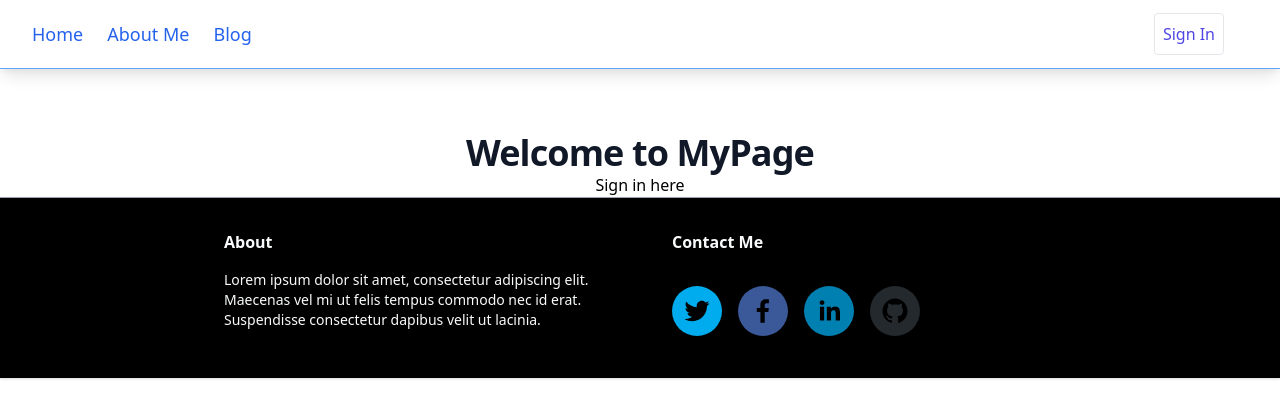
Repository: rushilramesh/portfolio-page
Page: /
An editor plug-in stored every save of this project. The page is shown before and after the next save, followed by the edit.
The browser window is 1280 px wide. The pictures show the whole page.
The project was rebuilt for these pictures with package versions that can differ from the ones it lists, and the page was loaded fresh each time. The framework's server and built-in components were replaced by stand-ins that run in the browser. Also part of the build but not shown: next.config.js.

Above is the page before, as saved 2021-05-21 02:43:14.

### pages/_app.tsx
import '../styles/globals.css'


function MyApp({ Component, pageProps }) {
  let loggedIn: boolean = false;

  return (

    <Component {...pageProps} />

  )

}

export default MyApp

### pages/index.tsx
import Head from 'next/head'
import Image from 'next/image'
import Link from 'next/link'
import Layout from '../components/Layout'
import utilStyles from '../styles/utils.module.css'

export default function Home() {
  return (
    <Layout>
      <Head>
        <title>Personal Portfolio</title>
      </Head>
      <div className="container mx-auto mt-16 text-center bg-white border-gray-100" >

        <h1 className="text-4xl tracking-tight font-extrabold text-gray-900">Welcome to MyPage</h1>
        <Link href='/login'>
          <a className="mt-4">Sign in here</a>
        </Link>
      </div>
    </Layout>

  )
}

### components/Layout.tsx
import Nav from './Nav'
import Footer from './Footer'
import utilStyles from '../styles/utils.module.css'
import Link from 'next/link'
import { SocialIcon } from 'react-social-icons';

const Layout = ({children, loggedIn} : {children: React.ReactNode, loggedIn?: boolean}) => {
    return (
        <div className="flex flex-col width-screen h-screen">
        <Nav />
        <div className="container mx-auto text-center">
            <main>{children}</main>
        </div>
        <footer className="bg-black border-t border-gray-400 shadow mb-16 text-gray-50 h-100" >
            <div className="container max-w-4xl mx-auto flex py-8 space-y-4ß">
                <div className="flex w-full md:w-1/2 ">
                    <div className="px-8">
                        <h3 className="font-bold text-gray-50">About</h3>
                        <p className="py-4 text-gray-50 text-sm">
                            Lorem ipsum dolor sit amet, consectetur adipiscing elit. Maecenas vel mi ut felis tempus commodo nec id erat. Suspendisse consectetur dapibus velit ut lacinia.
                        </p>
                    </div>
				</div>

                <div className="flex w-full md:w-1/2 ">
					<div className="px-8">
						<h3 className="font-bold text-gray-50">Contact Me</h3>
						<div className="container justify-center inline-flex mt-8 space-x-4">
                            <a href='https://twitter.com/?lang=en'><SocialIcon network="twitter" /></a>
                            <a href='https://www.facebook.com/'><SocialIcon network="facebook" /></a>
                            <a href='https://www.linkedin.com/in/rushil-ramesh-2a8404209/'><SocialIcon network="linkedin" /></a>
                            <a href='https://github.com/rushilramesh'><SocialIcon network="github" /></a>
                        </div>
					</div>
				</div>
            </div>
        </footer>
        </div>
    )
}

export default Layout;

### components/Nav.tsx
/* This example requires Tailwind CSS v2.0+ */
import Link from 'next/link'

const navs = [
   {name: 'Home', href: '/'},
   {name: 'About Me', href: './about'},
   {name: 'Blog', href: './blog'}
]


export default function Nav({loggedIn} : {loggedIn?: boolean}) {

  return (
    <nav id="header" className="w-full z-30 top-10 py-1 bg-white shadow-lg border-b border-blue-400 mt-15">
      <div className="w-full flex items-center justify-between mt-0 px-6 py-2">
       <label  className="cursor-pointer md:hidden block">
          <svg className="fill-current text-blue-600" xmlns="http://www.w3.org/2000/svg" width="20" height="20" viewBox="0 0 20 20">
             <title>menu</title>
             <path d="M0 3h20v2H0V3zm0 6h20v2H0V9zm0 6h20v2H0v-2z"></path>
          </svg>
       </label>
       <input className="hidden" type="checkbox" id="menu-toggle"/>

       <div className="hidden md:flex md:items-center md:w-auto w-full order-3 md:order-1" id="menu">
          <nav>
             <ul className="md:flex items-center justify-between text-base text-blue-600 pt-4 md:pt-0">
                {navs.map((item) => (
                <li key={item.name} >
                  <Link href={item.href}>
                     <a className="inline-block no-underline hover:text-black font-medium text-lg py-2 px-4 lg:-ml-2" >{item.name}</a>
                  </Link>
                </li>))}
             </ul>
          </nav>
       </div>

       <div className="order-2 md:order-3 flex flex-wrap items-center justify-end mr-0 md:mr-4" id="nav-content">
          <div className="auth flex items-center w-full md:w-full">
             <button className="bg-white text-indigo-600  p-2 rounded border mr-4 hover:bg-gray-100 hover:text-indigo-700">
               { !loggedIn ? (
                  <Link href="./login">
                     <a>Sign In</a>
                  </Link>) : (
                     <Link href="/">
                        <a>Sign Out</a>
                     </Link>
                  )
               }
             </button>
          </div>
       </div>
      </div>
    </nav>
  )
}

### tailwind.config.js
module.exports = {

  purge: ['./pages/**/*.{js,ts,jsx,tsx}', './components/**/*.{js,ts,jsx,tsx}'],
  darkMode: false, // or 'media' or 'class'
  theme: {
    extend: {
      backgroundImage: theme => ({
        'main-background': "url('/images/background-photo.jpeg')",
      })
    },
  },
  variants: {
    extend: {
      justifyItems: ['hover', 'focus'],
    },
  },
  plugins: [],
}

Loaded but not shown: styles/globals.css (common file)

After the next save:
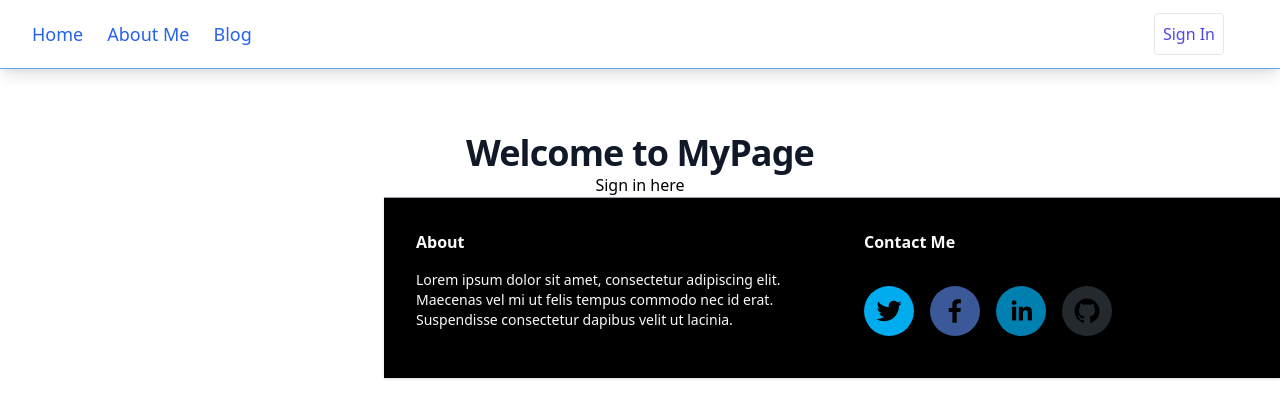
Saved 103 s later.
--- a/components/Layout.tsx
+++ b/components/Layout.tsx
@@ -11,7 +11,7 @@
         <div className="container mx-auto text-center">
             <main>{children}</main>
         </div>
-        <footer className="bg-black border-t border-gray-400 shadow mb-16 text-gray-50 h-100" >
+        <footer className="bg-black border-t border-gray-400 shadow mb-16 self-end text-gray-50 h-100" >
             <div className="container max-w-4xl mx-auto flex py-8 space-y-4ß">
                 <div className="flex w-full md:w-1/2 ">
                     <div className="px-8">

After the save that followed:
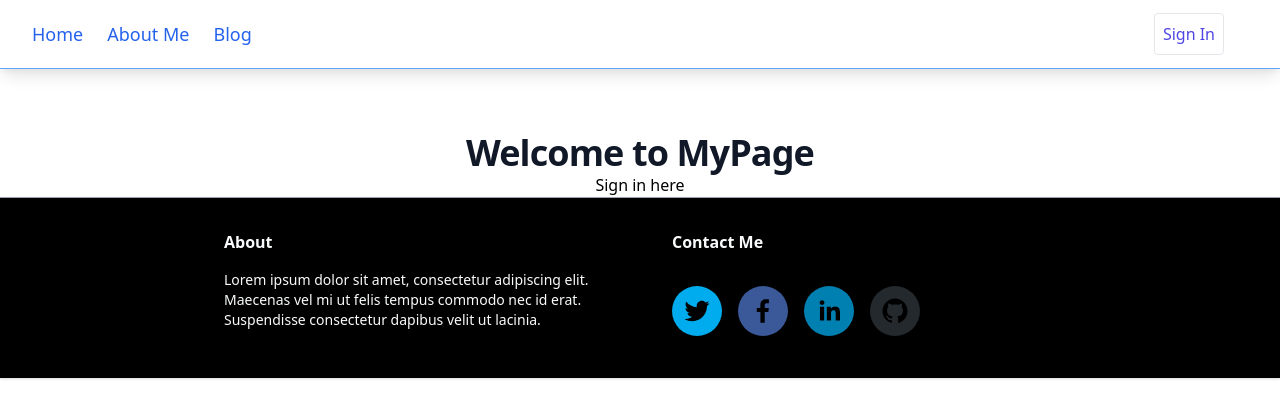
Saved 10 s later.
--- a/components/Layout.tsx
+++ b/components/Layout.tsx
@@ -11,7 +11,7 @@
         <div className="container mx-auto text-center">
             <main>{children}</main>
         </div>
-        <footer className="bg-black border-t border-gray-400 shadow mb-16 self-end text-gray-50 h-100" >
+        <footer className="bg-black border-t border-gray-400 shadow mb-16 text-gray-50 h-100" >
             <div className="container max-w-4xl mx-auto flex py-8 space-y-4ß">
                 <div className="flex w-full md:w-1/2 ">
                     <div className="px-8">
